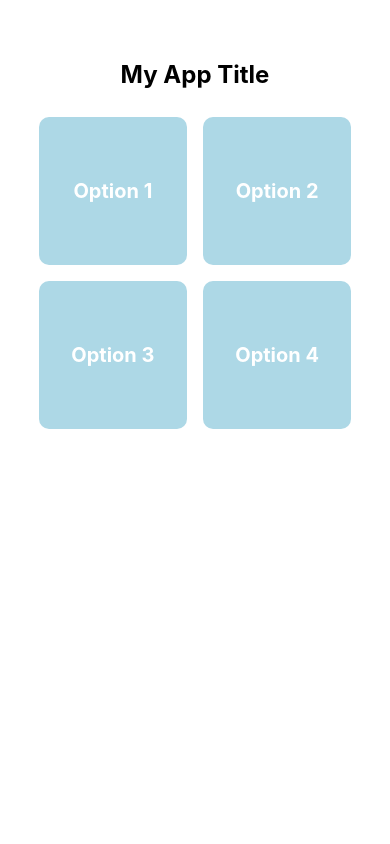
Repository: hajin-park/V-QUIP
Page: / (app in frontend/react-native-app/)
An editor plug-in stored every save of this project. The page is shown before and after the next save, followed by the edit.
The browser window is 390 px wide. The pictures show the whole page.
The app was drawn by React Native's web renderer in a window 390 px wide. The project was rebuilt for these pictures with package versions that can differ from the ones it lists, and the page was loaded fresh each time.

Above is the page before, as saved 2024-03-28 20:37:29.

### frontend/react-native-app/App.js
import { StatusBar } from 'expo-status-bar';
import { StyleSheet, Text, View, TouchableOpacity } from 'react-native';

export default function App() {
  const handleOptionClick = (option) => {
    // Handle click event for the selected option
    console.log(`Option ${option} clicked`);
  };

  return (
    <View style={styles.container}>
      <Text style={styles.title}>My App Title</Text>
      <View style={styles.content}>
        <TouchableOpacity style={styles.box} onPress={() => handleOptionClick(1)}>
          <Text style={styles.text}>Option 1</Text>
        </TouchableOpacity>
        <TouchableOpacity style={styles.box} onPress={() => handleOptionClick(2)}>
          <Text style={styles.text}>Option 2</Text>
        </TouchableOpacity>
        <TouchableOpacity style={styles.box} onPress={() => handleOptionClick(3)}>
          <Text style={styles.text}>Option 3</Text>
        </TouchableOpacity>
        <TouchableOpacity style={styles.box} onPress={() => handleOptionClick(4)}>
          <Text style={styles.text}>Option 4</Text>
        </TouchableOpacity>
      </View>
      <StatusBar style="auto" />
    </View>
  );
}

const styles = StyleSheet.create({
  container: {
    flex: 1,
    backgroundColor: '#fff',
    alignItems: 'center',
    justifyContent: 'flex-start', // Align elements at the top
    paddingTop: 40, // Add padding top to push content below the status bar
  },
  title: {
    fontSize: 24,
    fontWeight: 'bold',
    marginBottom: 20,
    marginTop: 20, // Add marginTop to move the title to the very top
  },
  content: {
    flexDirection: 'row',
    flexWrap: 'wrap',
    justifyContent: 'center',
  },
  box: {
    width: '45%', // Adjust width as needed for a 2x2 layout
    aspectRatio: 1, // Maintain aspect ratio for square boxes
    backgroundColor: '#ADD8E6', // Light blue color
    borderRadius: 10, // Rounded edges
    alignItems: 'center',
    justifyContent: 'center',
    margin: '2.5%', // Adjust margin for spacing between boxes
  },
  text: {
    fontSize: 20,
    fontWeight: 'bold',
    color: '#FFFFFF', // White text color
  },
});

After the next save:
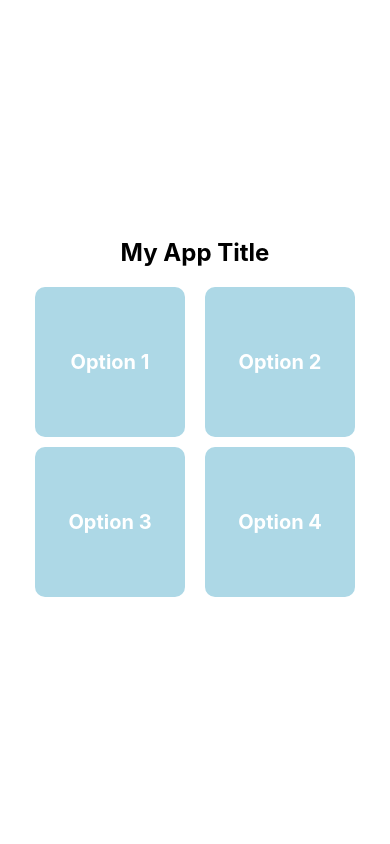
Saved 7 s later.
--- a/frontend/react-native-app/App.js
+++ b/frontend/react-native-app/App.js
@@ -10,13 +10,15 @@ export default function App() {
   return (
     <View style={styles.container}>
       <Text style={styles.title}>My App Title</Text>
-      <View style={styles.content}>
+      <View style={styles.row}>
         <TouchableOpacity style={styles.box} onPress={() => handleOptionClick(1)}>
           <Text style={styles.text}>Option 1</Text>
         </TouchableOpacity>
         <TouchableOpacity style={styles.box} onPress={() => handleOptionClick(2)}>
           <Text style={styles.text}>Option 2</Text>
         </TouchableOpacity>
+      </View>
+      <View style={styles.row}>
         <TouchableOpacity style={styles.box} onPress={() => handleOptionClick(3)}>
           <Text style={styles.text}>Option 3</Text>
         </TouchableOpacity>
@@ -34,28 +36,26 @@ const styles = StyleSheet.create({
     flex: 1,
     backgroundColor: '#fff',
     alignItems: 'center',
-    justifyContent: 'flex-start', // Align elements at the top
-    paddingTop: 40, // Add padding top to push content below the status bar
+    justifyContent: 'center',
   },
   title: {
     fontSize: 24,
     fontWeight: 'bold',
     marginBottom: 20,
-    marginTop: 20, // Add marginTop to move the title to the very top
   },
-  content: {
+  row: {
     flexDirection: 'row',
-    flexWrap: 'wrap',
     justifyContent: 'center',
+    marginBottom: 10,
   },
   box: {
-    width: '45%', // Adjust width as needed for a 2x2 layout
-    aspectRatio: 1, // Maintain aspect ratio for square boxes
+    width: 150,
+    height: 150,
     backgroundColor: '#ADD8E6', // Light blue color
     borderRadius: 10, // Rounded edges
     alignItems: 'center',
     justifyContent: 'center',
-    margin: '2.5%', // Adjust margin for spacing between boxes
+    marginHorizontal: 10,
   },
   text: {
     fontSize: 20,
